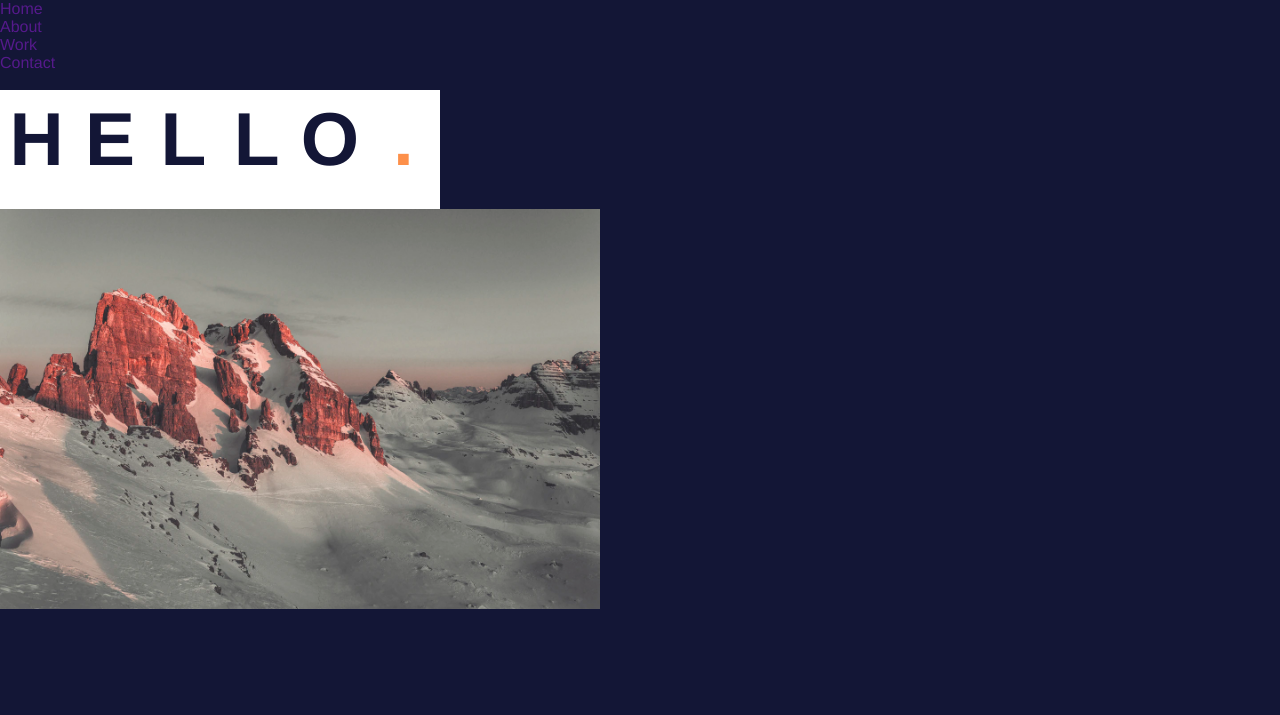
Repository: keloriane/animation-live
Page: /
An editor plug-in stored every save of this project. The page is shown before and after the next save, followed by the edit.
The browser window is 1280 px wide. The pictures show the whole page.
The project was rebuilt for these pictures with package versions that can differ from the ones it lists, and the page was loaded fresh each time.

Above is the page before, as saved 2020-02-18 10:52:08.

### src/index.css
body {
  margin: 0;
  font-family: 'Helvetica Neue', 'Segoe UI', 'Roboto', 'Oxygen',
    'Ubuntu', 'Cantarell', 'Fira Sans', 'Droid Sans',
    sans-serif;
  -webkit-font-smoothing: antialiased;
  -moz-osx-font-smoothing: grayscale;
}

code {
  font-family: source-code-pro, Menlo, Monaco, Consolas, 'Courier New',
    monospace;
}
*{
  padding: 0;
  margin: 0;
  text-decoration: none;
  box-sizing: border-box;
}

### src/App.js
import React from 'react';
import logo from './logo.svg';
import Home from './views/Home';
import './App.css';

function App() {
  return (
    <div className="App">
     <Home />
    </div>
  );
}

export default App;

### src/views/Home.js
import React,{useEffect, useState} from 'react';
import Nav from './../components/Nav/Nav';
import "./assets/Home.scss";
import gsap,{expo} from 'gsap';

const Home = () => {



    useEffect(()=> {
        const squares = document.querySelectorAll('.square')
        const letter = document.querySelectorAll('.letter-title')
        const titleWrapper = document.querySelector('.title')
        const tl = gsap.timeline()
        tl
        .from(titleWrapper, .6, {x:"-100%",delay:0.5, ease:"expo.inOut"})
        .staggerFrom(letter, .1,{y:100,  ease:"inOut(2.9)" },0.05)





    },[])

    return (
        <div id="main-home">
            <Nav/>
            <div className="container">

            <div className="board-animation">
                <div className="wrapper">
                <div className="title">
                    <div className="square">
                        <div className="typo">
                            <h3 className="letter-title">H</h3>
                        </div>
                    </div>
                    <div className="square">
                        <div className="typo">
                            <h3 className="letter-title">E</h3>
                        </div>
                    </div>
                    <div className="square">
                        <div className="typo">
                            <h3 className="letter-title">L</h3>
                        </div>
                    </div>
                    <div className="square">
                        <div className="typo">
                            <h3 className="letter-title">L</h3>
                        </div>
                    </div>
                    <div className="square">
                        <div className="typo">
                            <h3 className="letter-title">O</h3>
                        </div>
                    </div>
                    <div className="square">
                        <div className="typo">
                            <h3 className="dot letter-title">.</h3>
                        </div>
                    </div>
                </div>
                    </div>
                <div className="image-container">
                    <img className="mountain-view" src="./assets/img/mountain.webp" alt=""/>
                </div>
            </div>
            </div>



        </div>
    )
}

export default Home

### src/App.css
.App{
  background-color: #131636;


    width: 100vw;
    height:100%;

}

#root{

    width: 100vw;
    height:100%;

}

body{
  width: 100%;
height: 100vh;
}


img{
  width: 100%;

}

### src/components/Nav/Nav.js
import React from 'react'

const Nav = () => {
    return (
        <nav>
            <ul>
                <li> <a href="">Home</a> </li>
                <li> <a href="">About</a> </li>
                <li> <a href="">Work</a> </li>
                <li> <a href="">Contact</a> </li>
                <li> <a href=""> </a> </li>
            </ul>
        </nav>
    )
}

export default Nav

### src/views/assets/Home.scss
.title{
    display: flex;
    background-color: #fff;
    width: 440px;
    .square{
        width: 97px;
        height: 119px;
        background: #FFFFFF;

        .typo{

            h3{
                font-style: normal;
                font-weight: bold;
                font-size: 75px;
                line-height: 99px;
                text-align: center;
                color: #131636;
                &.dot{
                    color: #FD904A;
                }
            }
        }

    }

}
.mountain-view{
    max-width: 600px;
}
.container{
    width: 1280px;
    margin: 0 auto;
}
.wrapper{
    overflow: hidden;
}
.main-home{
    width: 100vw;
    height:100%;
}

.title-background{
    position: absolute;
    background-color: #fff;
    height: 106px;
    width: 510px;
}

Loaded but not shown: public/index.html (common file); src/index.js (common file); src/serviceWorker.js (common file)

After the next save:
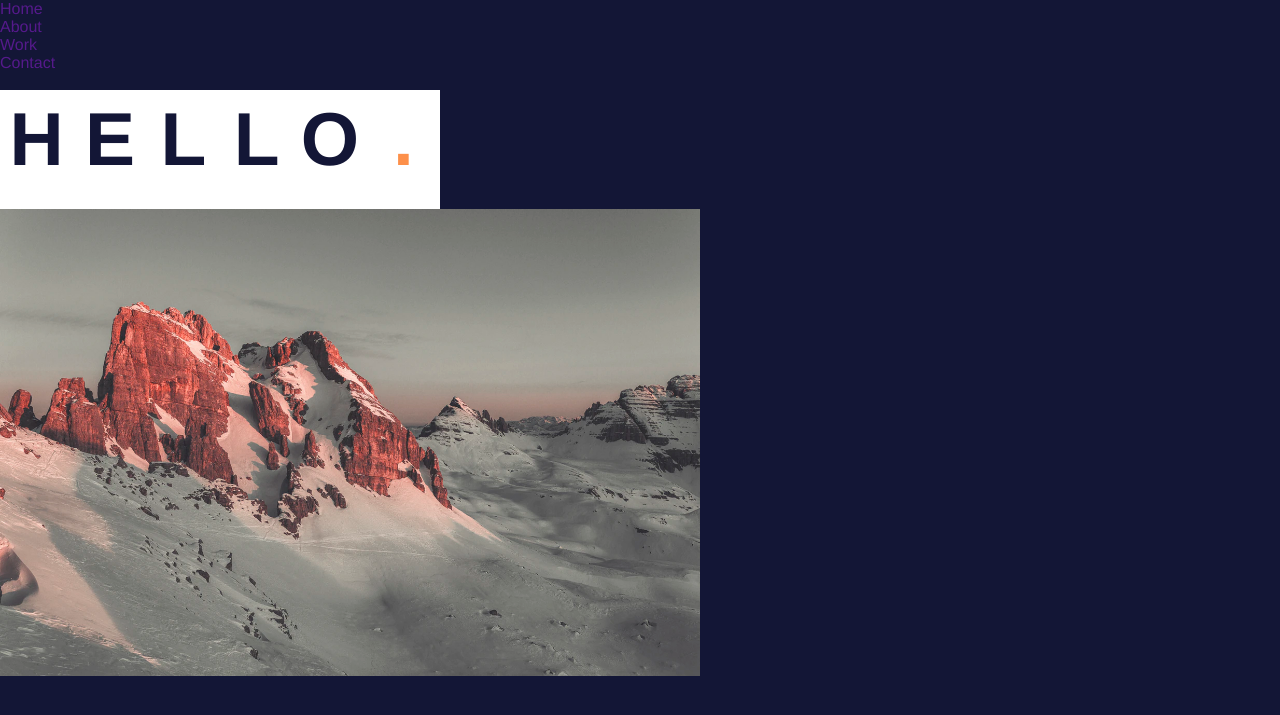
Saved 6 s later.
--- a/src/views/assets/Home.scss
+++ b/src/views/assets/Home.scss
@@ -26,7 +26,7 @@
 
 }
 .mountain-view{
-    max-width: 600px;
+    max-width: 700px;
 }
 .container{
     width: 1280px;
